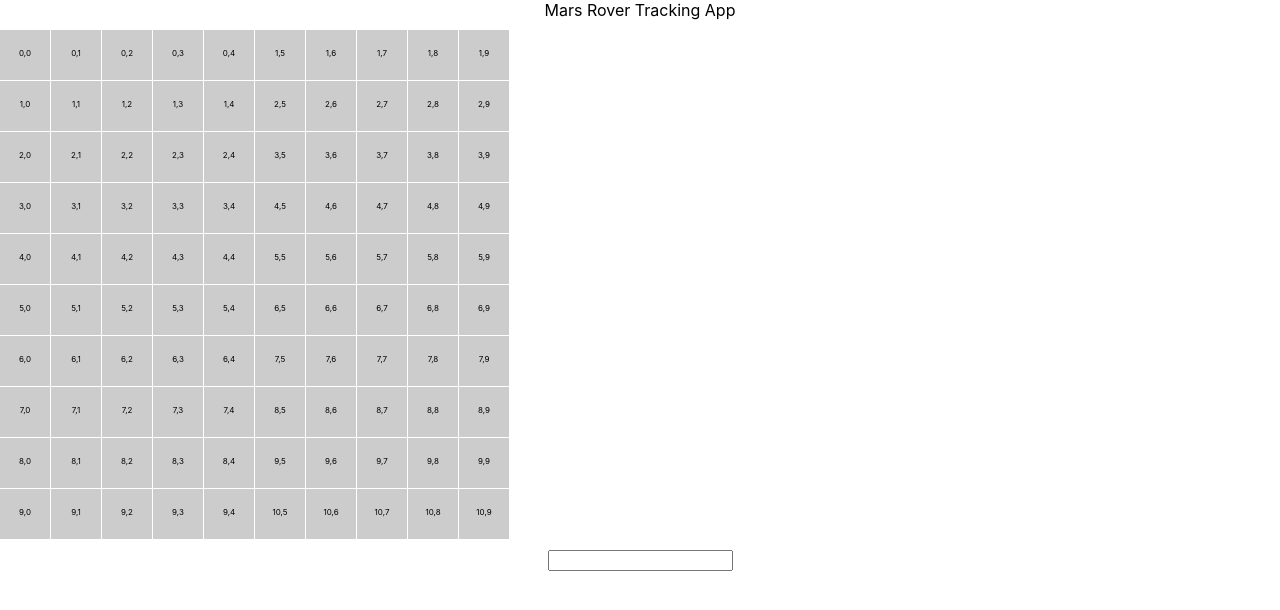
Repository: madhurisandbhor/Rover-Tracking-App
Page: /
The author's editor kept a copy of each file at every save. The page is drawn from the files as they stood at one save, then again after the next save.
The browser window is 1280 px wide. The pictures show the whole page.
The project was rebuilt for these pictures with package versions that can differ from the ones it lists, and the page was loaded fresh each time.

Above is the page before, as saved 2021-09-06 18:39:26.

### src/App.js
import './App.css';
import Grid from './Grid'

function App() {
  return (
    <div className="App">
      <div>Mars Rover Tracking App</div>
      <Grid />
    </div>
  );
}

export default App;

### src/Grid.jsx
import React, { useState, useEffect } from 'react'
import { maxY, maxX, x, y, d } from './constants'
import testGrid from './testGrid'
import roverIcon from './svg/rover-icon.svg'

const wrapper = {
  width: '100%',
  margin: '10px auto',
  display: 'grid',
  gridTemplateColumns: `repeat(${maxY + 1}, 50px)`,
  gridTemplateRows: `repeat(${maxX + 1}, 50px)`,
  gridGap: '1px',
}

const itemStyle = {
  padding: '10px',
  backgroundColor: '#ccc',
}

const itemSpan = {
  fontSize: '8px',
}

const roverImg = {
  width: '20px',
  height: '20px',
  alignText: 'center',
}

const Grid = () => {
  const gridLength = (maxX + 1) * (maxY + 1)
  const arr = Array(gridLength).fill()
  const [input, setInput] = useState('')
  const [roverXPosition, setRoverXPosition] = useState(x)
  const [roverYPosition, setRoverYPosition] = useState(y)
  const [roverDirection, setRoverDirection] = useState(d)

  useEffect(() => {
    console.log(testGrid(input))
  }, [input])

  return (
    <div>
      <div style={wrapper}>
        {arr.map((item, index) => (
          <div key={index} style={itemStyle}>
            {/* {roverXPosition === Math.round(index / 10) && (
              <div style={roverImg}>
                <img style={{ width: '100%' }} src={roverIcon} alt="rover" />
              </div>
            )} */}
            <span style={itemSpan}>
              {Math.round(index / 10)},{index % 10}
            </span>
          </div>
        ))}
      </div>
      <input
        name="inputString"
        value={input}
        onChange={(event) => setInput(event.target.value)}
      />
    </div>
  )
}

export default Grid

### src/constants.js
export const x = 0, y = 0, maxX = 9, maxY = 9;
export const d = 'N';
export const directionsToRight = ['N', 'E', 'S', 'W']
export const directionsToLeft = ['N', 'W', 'S', 'E']

### src/testGrid.js
import {
  x,
  y,
  d,
  directionsToRight,
  directionsToLeft,
  maxX,
  maxY,
} from './constants'

const testGrid = (testString) => {
  const roverPosition = [x, y, d]
  const testArr = testString.split('')

  for (let i = 0; i < testArr.length; i++) {
    if (testArr[i] === 'r') {
      let currDirIndex = directionsToRight.findIndex(
        (item) => item === roverPosition[2]
      )
      if (currDirIndex > -1 && currDirIndex < 3)
        roverPosition[2] = directionsToRight[currDirIndex + 1]
      else roverPosition[2] = directionsToRight[0]
    } else if (testArr[i] === 'l') {
      let currDirIndex = directionsToLeft.findIndex(
        (item) => item === roverPosition[2]
      )
      if (currDirIndex > -1 && currDirIndex < 3)
        roverPosition[2] = directionsToLeft[currDirIndex + 1]
      else roverPosition[2] = directionsToLeft[0]
    } else if (testArr[i] === 'f') {
      if (roverPosition[2] === 'E') {
        if (roverPosition[1] < maxY) roverPosition[1]++
        else roverPosition[1] = 0
      } else if (roverPosition[2] === 'S') {
        if (roverPosition[0] < maxX) roverPosition[0]++
        else roverPosition[0] = 0
      } else if (roverPosition[2] === 'N') {
        if (roverPosition[0] <= 0) roverPosition[0] = maxX
        else roverPosition[0]--
      } else if (roverPosition[2] === 'W') {
        if (roverPosition[1] <= 0) roverPosition[1] = maxY
        else roverPosition[1]--
      }
    }
  }

  return roverPosition
}

export default testGrid

Loaded but not shown: public/index.html (common file); src/index.js (common file); src/index.css (common file); src/App.css (common file)

After the next save:
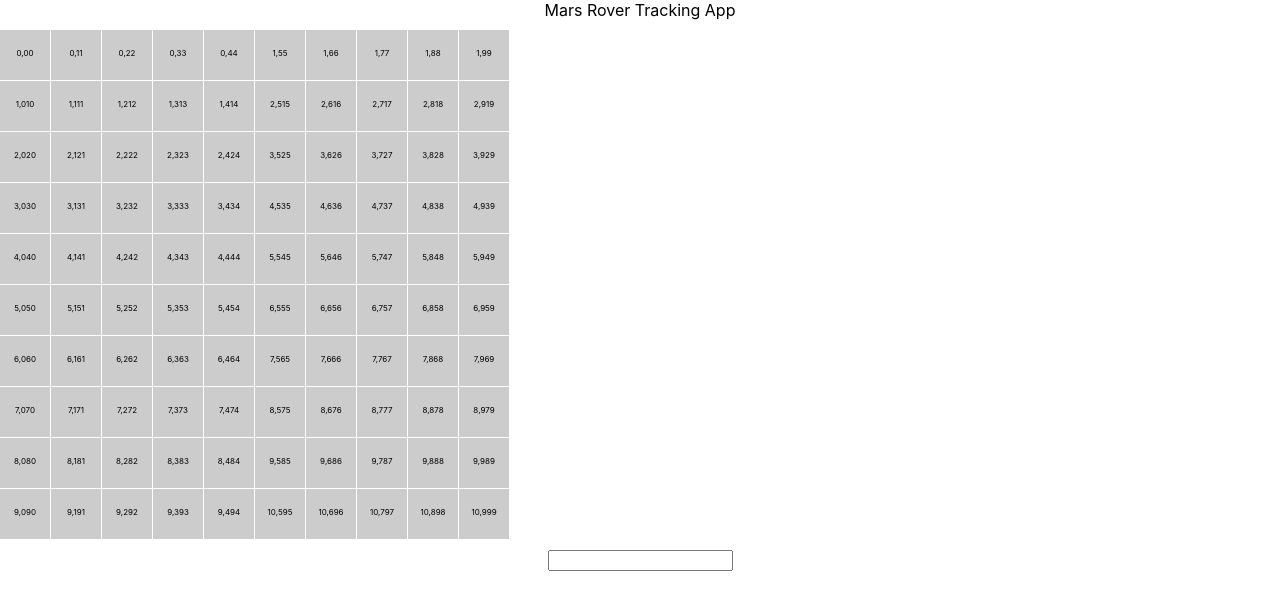
Saved 67 s later.
--- a/src/Grid.jsx
+++ b/src/Grid.jsx
@@ -51,6 +51,7 @@ const Grid = () => {
             )} */}
             <span style={itemSpan}>
               {Math.round(index / 10)},{index % 10}
+              {index}
             </span>
           </div>
         ))}
